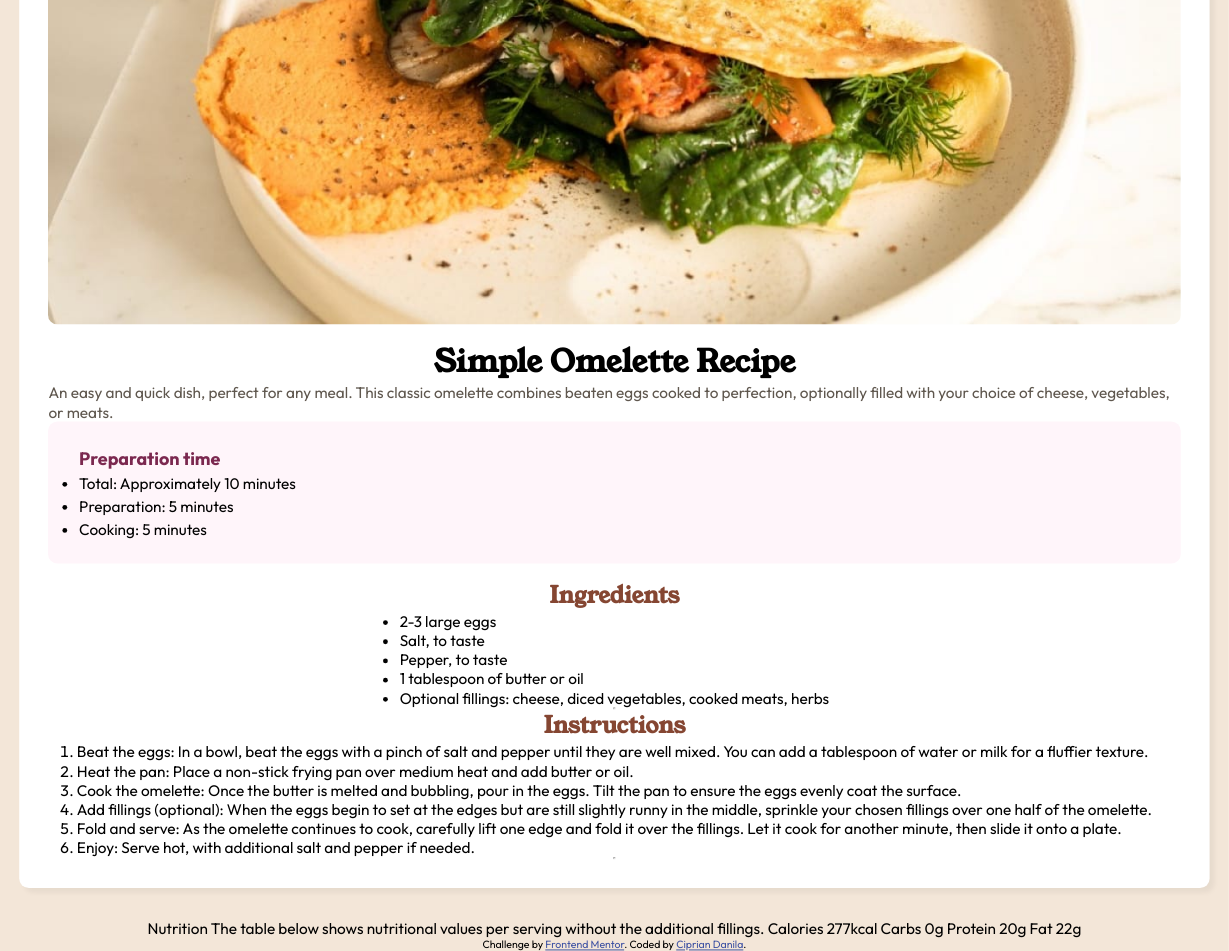
Repository: cipdanila/recipe-page
Page: index.html
The author's editor kept a copy of each file at every save. The page is drawn from the files as they stood at one save, then again after the next save.
The browser window is 1280 px wide. The pictures show the whole page, at 96% of full size.

Above is the page before, as saved 2024-01-21 16:38:01.

After the next save:
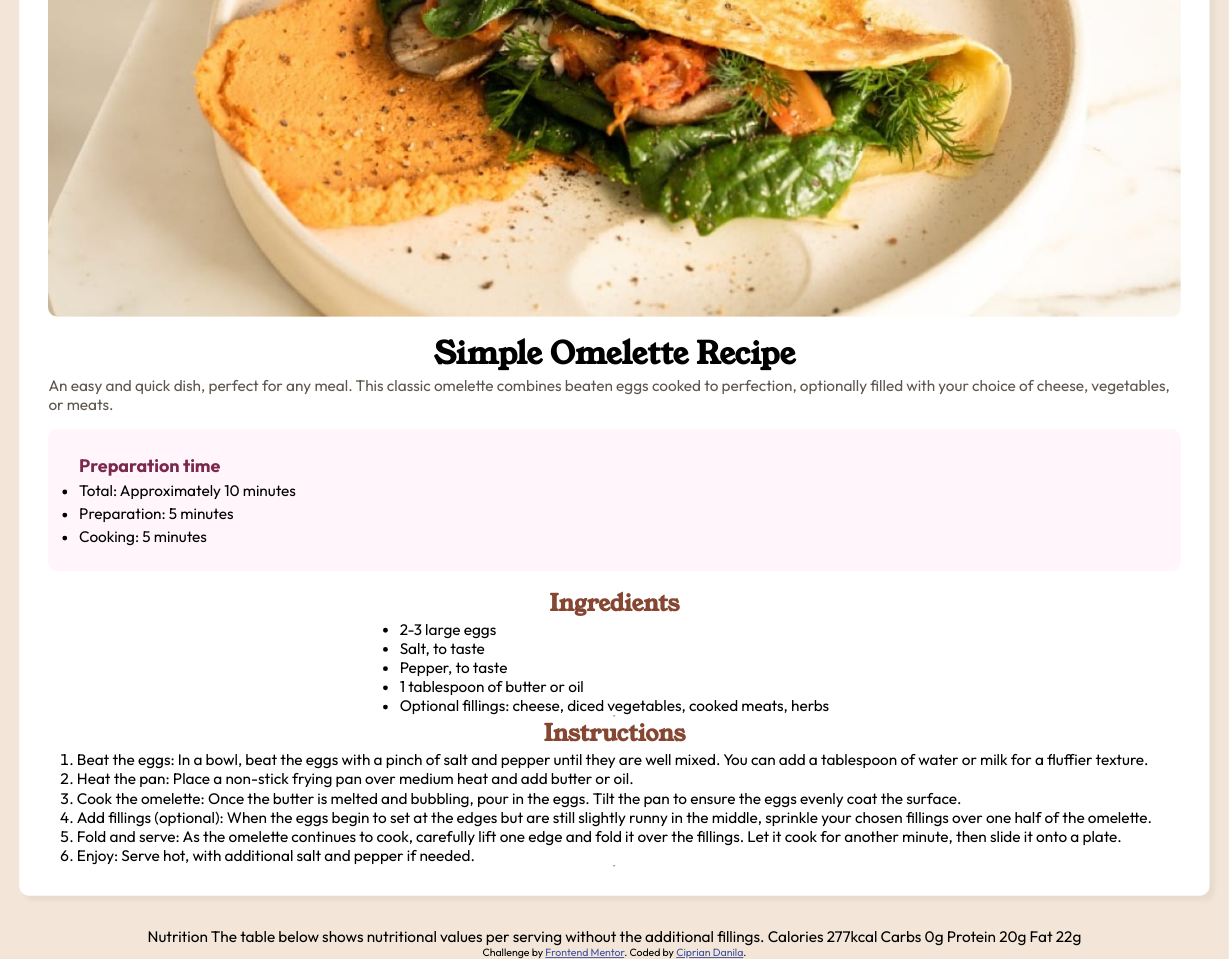
Saved 62 s later.
--- a/styles.css
+++ b/styles.css
@@ -78,7 +78,7 @@
     align-items: flex-start;
     background-color: var(--rose-white);
     border-radius: 0.625rem;
-    margin: 0 auto 1rem;
+    margin: 1rem auto 1rem;
     padding: 1.5rem 2rem;
     line-height: 1.5;
 }
